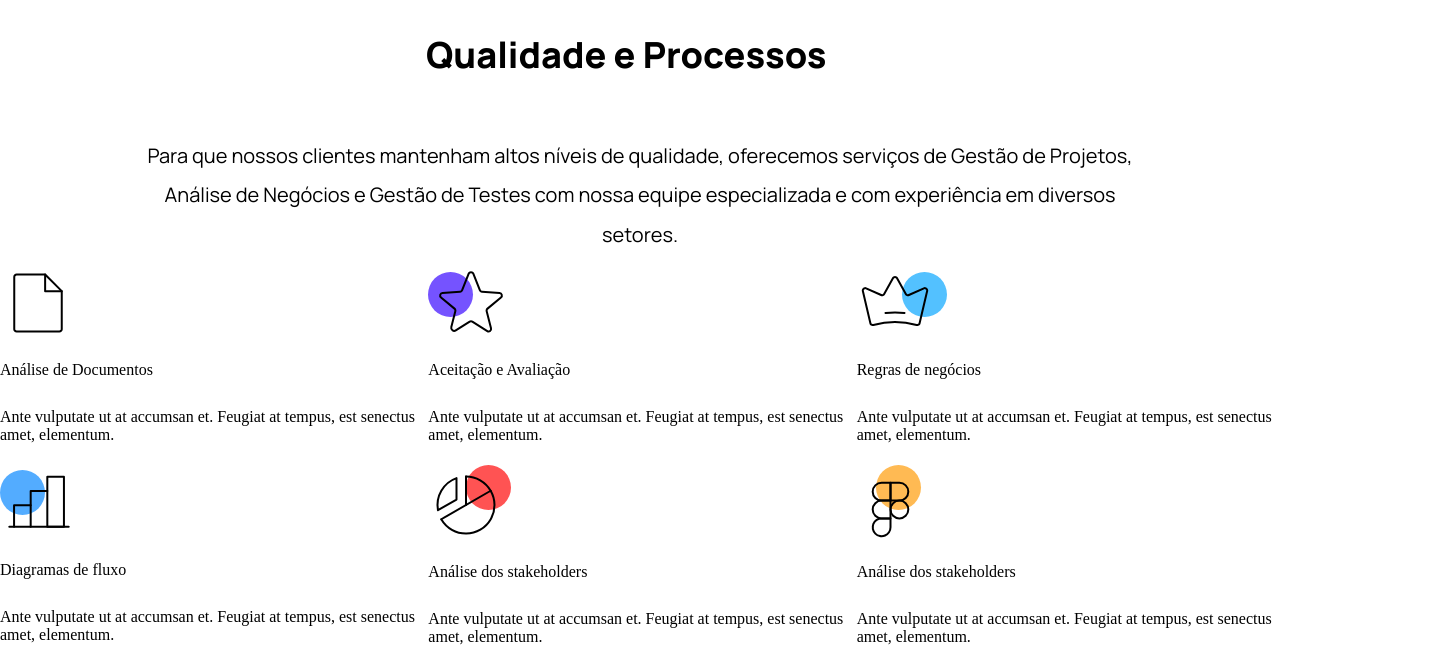
Repository: kleber-goncalves/Landing-Page-Gestao-de-projetos-dnc
Page: index.html
An editor plug-in stored every save of this project. The page is shown before and after a run of saves, followed by the edit.
The browser window is 1280 px wide. The page is 1440 px wide, so the pictures cover 1440 px, including what lies to the right of the window. The pictures show the part of the page from y = 754 to 1448 px (the page is 1416 px tall before and 1448 px after).

Above is the page before, as saved 2025-01-04 16:33:47.

After the next 5 saves:
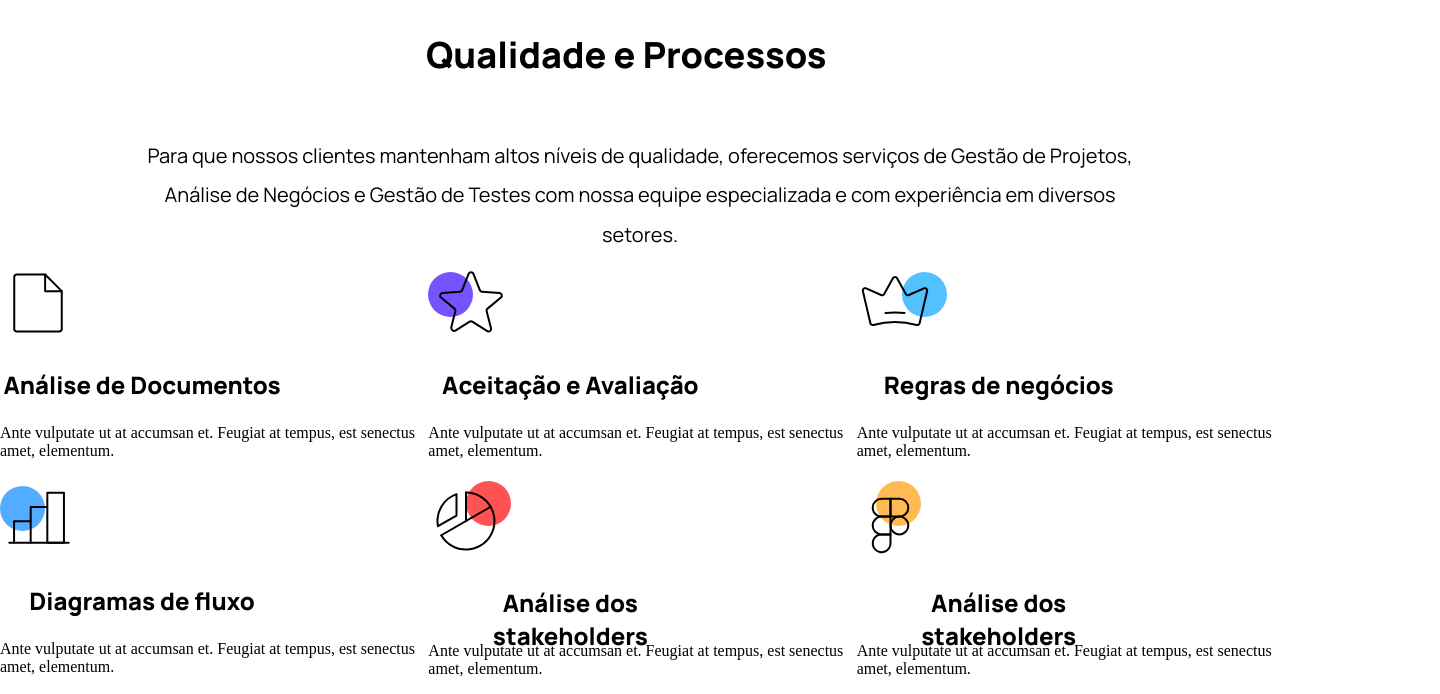
The 5 saves are shown as one change because they came seconds apart.
The last was saved 19 s later.
--- a/style.css
+++ b/style.css
@@ -89,4 +89,12 @@ body {
 .txt-icons {
     width:  284px;
     height:  31px;
+    font-family: Manrope;
+    font-size: 24px;
+    font-weight: 800;
+    line-height: 32.78px;
+    text-align: center;
+    text-underline-position: from-font;
+    text-decoration-skip-ink: none;
+
 }
